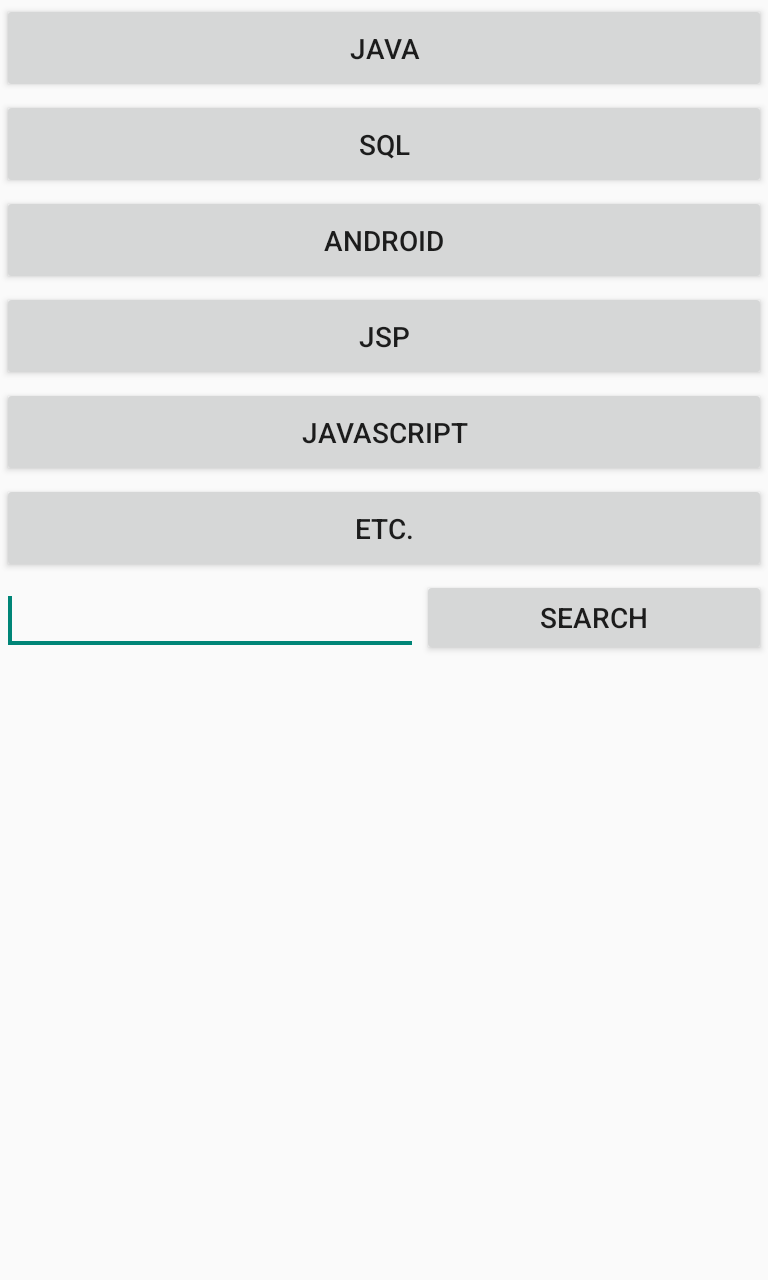
Repository: ICtest333/test_pjtQuiz
Layout: pjtQuiz/res/layout/home.xml
The author's editor kept a copy of each file at every save. The layout is drawn from the files as they stood at one save, then again after the next save.
It is drawn on a 768 x 1280 px phone screen (xhdpi) without system bars, with theme AppTheme; the app's code is not run.

Above is the layout before, as saved 2014-05-22 10:57:58.

### pjtQuiz/res/layout/home.xml
<?xml version="1.0" encoding="utf-8"?>
<RelativeLayout xmlns:android="http://schemas.android.com/apk/res/android"
    android:layout_width="match_parent"
    android:layout_height="match_parent"
    android:layout_column="0"
    >

    <Button
        android:id="@+id/btn_java"
        android:layout_width="match_parent"
        android:layout_height="wrap_content"
        android:layout_alignParentLeft="true"
        android:layout_alignParentTop="true"
        android:text="Java" />

    <Button
        android:id="@+id/btn_sql"
        android:layout_width="match_parent"
        android:layout_height="wrap_content"
        android:layout_alignParentLeft="true"
        android:layout_below="@+id/btn_java"
        android:text="SQL" />

    <Button
        android:id="@+id/btn_android"
        android:layout_width="match_parent"
        android:layout_height="wrap_content"
        android:layout_alignParentLeft="true"
        android:layout_below="@+id/btn_sql"
        android:text="Android" />

    <Button
        android:id="@+id/btn_jsp"
        android:layout_width="match_parent"
        android:layout_height="wrap_content"
        android:layout_alignParentLeft="true"
        android:layout_below="@+id/btn_android"
        android:text="JSP" />

    <Button
        android:id="@+id/btn_js"
        android:layout_width="match_parent"
        android:layout_height="wrap_content"
        android:layout_alignParentLeft="true"
        android:layout_below="@+id/btn_jsp"
        android:text="Javascript" />

    <Button
        android:id="@+id/btn_etc"
        android:layout_width="match_parent"
        android:layout_height="wrap_content"
        android:layout_alignParentLeft="true"
        android:layout_below="@+id/btn_js"
        android:text="Etc." />

    <EditText
        android:id="@+id/editText1"
        android:layout_width="wrap_content"
        android:layout_height="wrap_content"
        android:layout_alignParentLeft="true"
        android:layout_below="@+id/btn_etc"
        android:ems="10" >

        <requestFocus />
    </EditText>

    <Button
        android:id="@+id/search"
        android:layout_width="wrap_content"
        android:layout_height="wrap_content"
        android:layout_alignBottom="@+id/editText1"
        android:layout_alignParentRight="true"
        android:layout_alignTop="@+id/editText1"
        android:layout_toRightOf="@+id/editText1"
        android:text="Search" />

</RelativeLayout>

Loaded but not shown: pjtQuiz/res/values/styles.xml (common file); pjtQuiz/res/values-v11/styles.xml (common file); pjtQuiz/res/values-v14/styles.xml (common file)

After the next save:
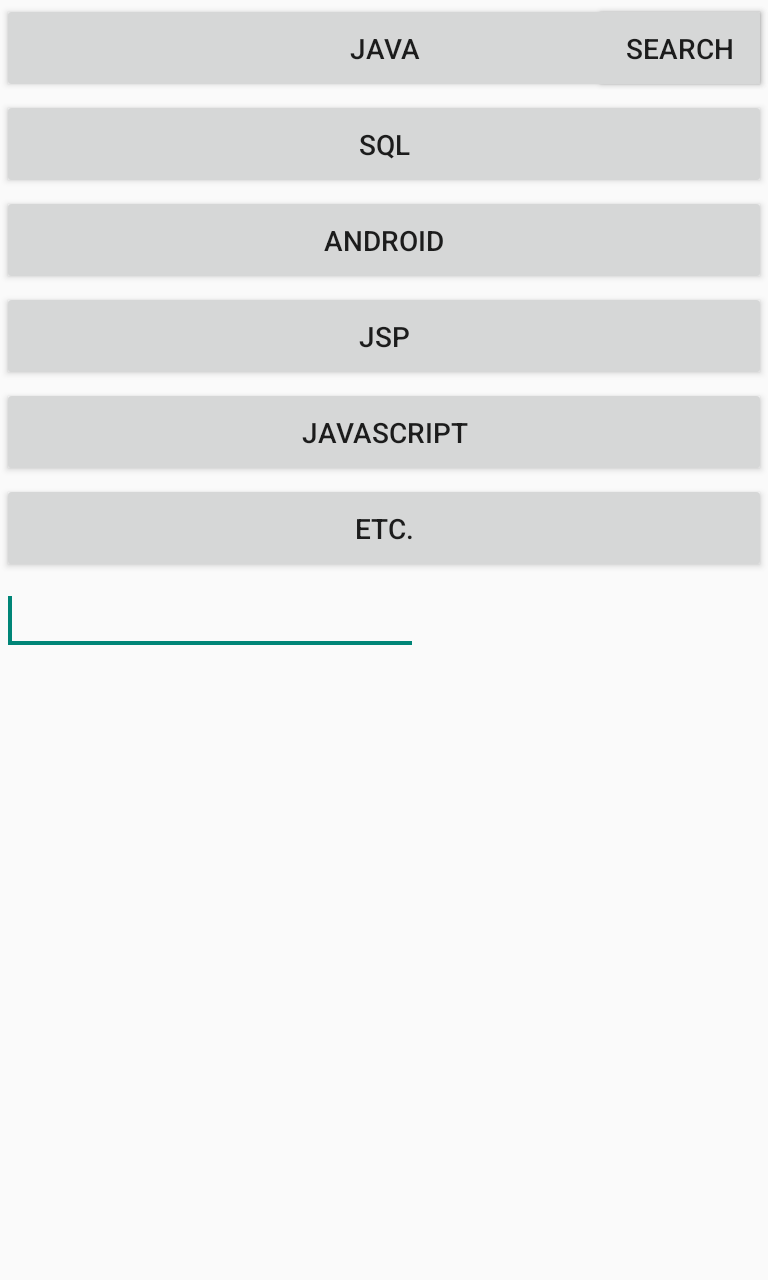
Saved 2 min 47 s later.
--- a/pjtQuiz/res/layout/home.xml
+++ b/pjtQuiz/res/layout/home.xml
@@ -54,18 +54,17 @@
         android:text="Etc." />
 
     <EditText
-        android:id="@+id/editText1"
+        android:id="@+id/edit_search"
         android:layout_width="wrap_content"
         android:layout_height="wrap_content"
         android:layout_alignParentLeft="true"
         android:layout_below="@+id/btn_etc"
         android:ems="10" >
-
         <requestFocus />
     </EditText>
 
     <Button
-        android:id="@+id/search"
+        android:id="@+id/btn_search"
         android:layout_width="wrap_content"
         android:layout_height="wrap_content"
         android:layout_alignBottom="@+id/editText1"

After the save that followed:
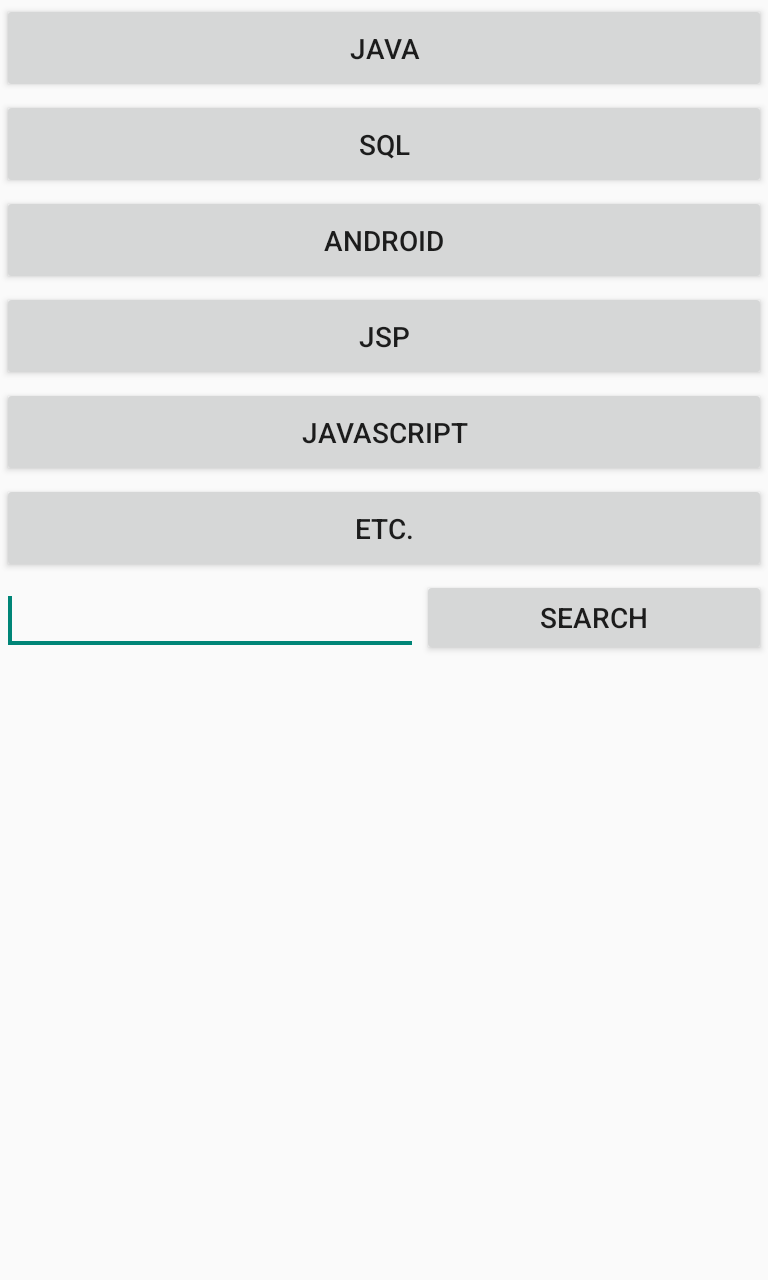
Saved 51 s later.
--- a/pjtQuiz/res/layout/home.xml
+++ b/pjtQuiz/res/layout/home.xml
@@ -67,10 +67,10 @@
         android:id="@+id/btn_search"
         android:layout_width="wrap_content"
         android:layout_height="wrap_content"
-        android:layout_alignBottom="@+id/editText1"
+        android:layout_alignBottom="@+id/edit_search"
         android:layout_alignParentRight="true"
-        android:layout_alignTop="@+id/editText1"
-        android:layout_toRightOf="@+id/editText1"
+        android:layout_alignTop="@+id/edit_search"
+        android:layout_toRightOf="@+id/edit_search"
         android:text="Search" />
 
 </RelativeLayout>
